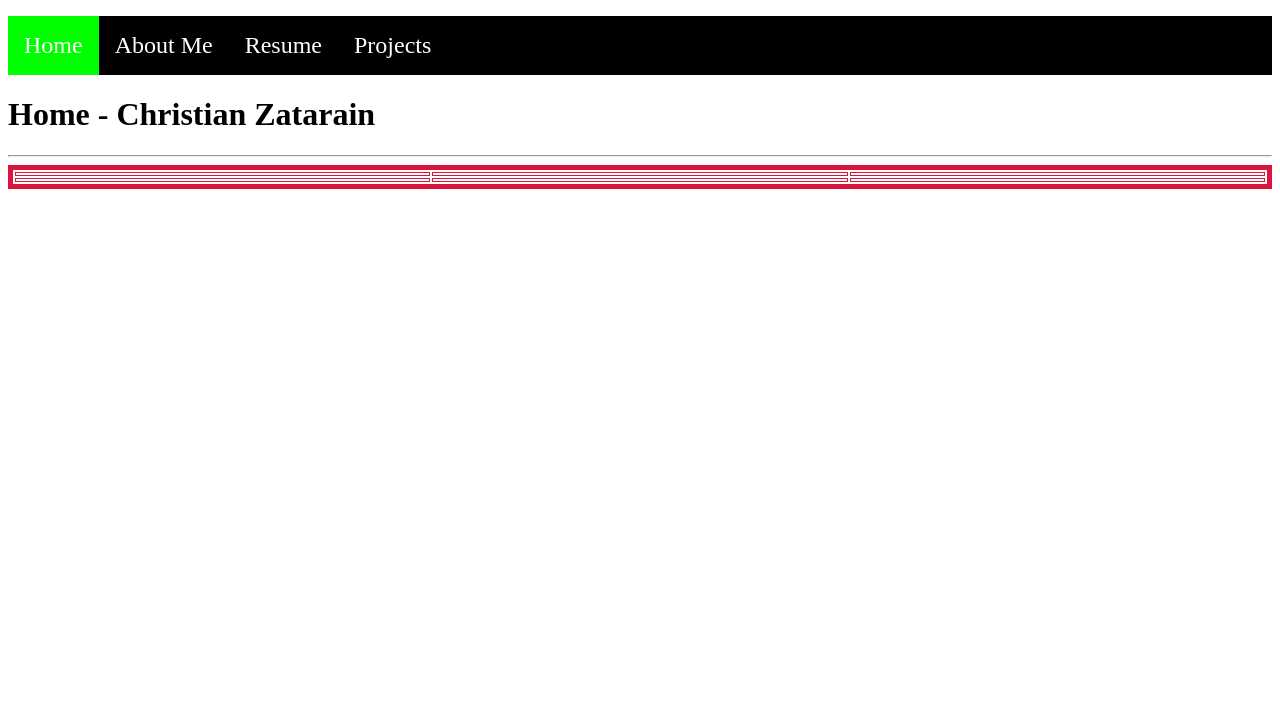
Repository: Zatarain10/Zatarain10.github.io
Page: index.html
The author's editor kept a record of every edit. The page is drawn from the files as they stood at one moment, then again after the next edit.
The browser window is 1280 px wide. The pictures show the whole page.

Above is the page before.

### index.html
<!DOCTYPE html>
<html>
    <head>
    <title>Home</title>
    <link rel="stylesheet" type="text/css" href="style.css">

    </head>
    <body>
        <ul class="navbar">
            <li class="active"><a href="/index.html">Home</a></li>
            <li><a href="aboutme.html">About Me</a></li>
            <li><a href="resume.html">Resume</a></li>
            <li class="dropdown">
                <div>Projects</div>
                <ul class="dropdown-content">
                    <li><a href="project1.html">Project 1</a></li>
                    <li><a href="project2.html">Project 2</a></li>
                    <li><a href="project3.html">Project 3</a></li>
                </ul>
            </li>
        </ul>

        <h1>Home - Christian Zatarain</h1>
        <hr class="hr">

        <table border="5"; bordercolor="crimson"; width="100%">
            <tr>
                <td></th>
                <td></th>
                <td></td>
            </tr>
            <tr>
                <td></td>
                <td></td>
                <td></td>
            </tr>

        </table>

    </body>
</html>

### style.css
        .navbar{
            list-style:none;
            background-color: Black;
            overflow:hidden;
            padding:0;
        }

        .navbar a, .dropdown div{
            text-decoration:none;
            color: white;
            font-size: 24px;
            padding: 16px;
            display:inline-block;
        }

        .navbar li{
            float:left;
        }

        .navbar li:hover{
            background-color:Cyan;
        }

        .dropdown-content{
            list-style:none;
            padding: 0;
            display:none;
            position:absolute;
            z-index:1;
            background-color: Black;
        }

        .dropdown-content li{
            float:none;
        }

        .dropdown:hover .dropdown-content{
            display:block;
        }

        .active{
            background-color:Lime;
        }

After the next edit:
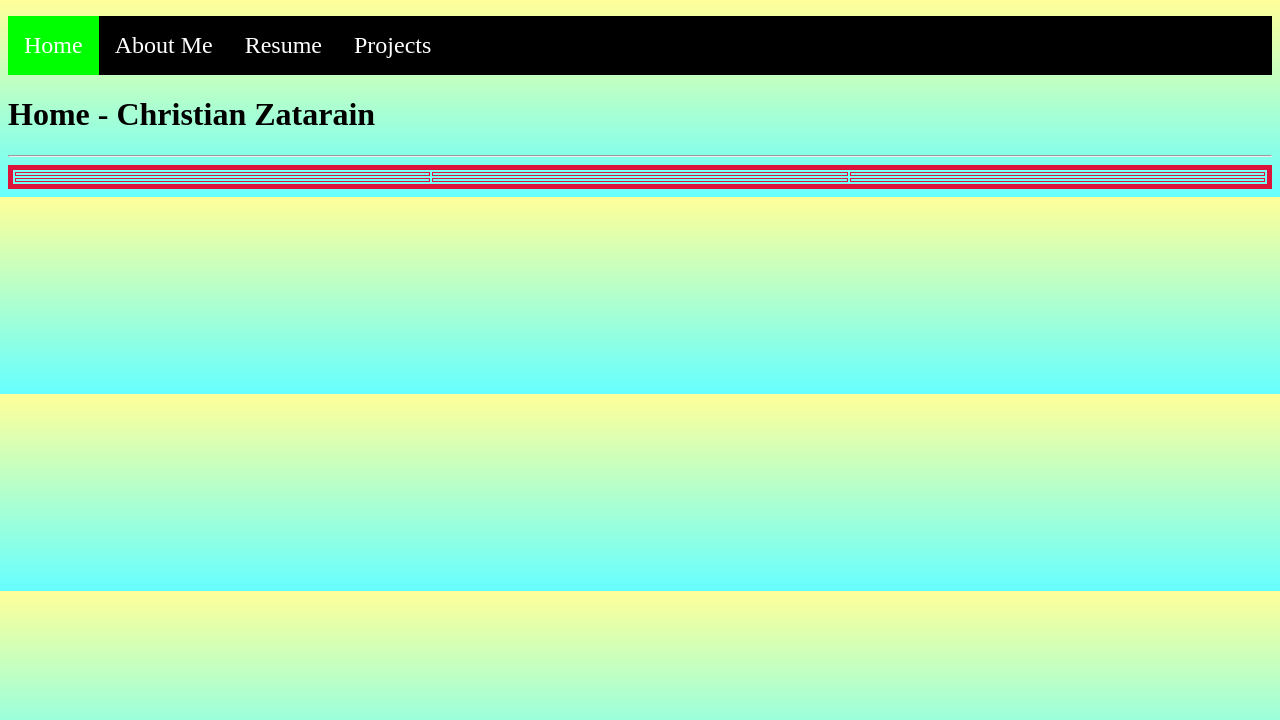
The edit:
--- a/style.css
+++ b/style.css
@@ -41,3 +41,7 @@
         .active{
             background-color:Lime;
         }
+
+        body{
+            background: linear-gradient(to top,#66ffff 0%, #ffff99 100%) ;
+        }
